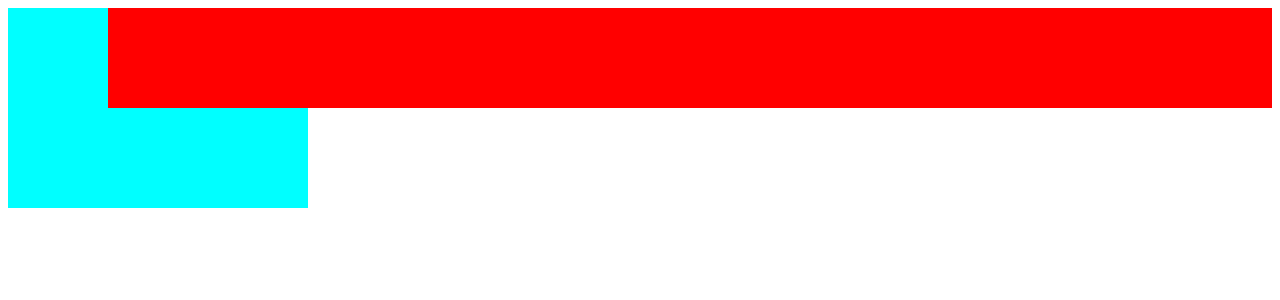
Repository: leehyeonung/myproject
Page: http://localhost/myproject/
The author's editor kept a copy of each file at every save. The page is drawn from the files as they stood at one save, then again after the next save.
The browser window is 1280 px wide. The pictures show the whole page.
The page is served by Tomcat 9.

Above is the page before, as saved 2023-03-15 13:39:30.

### myproject/src/main/webapp/index.jsp
<%@ page language="java" contentType="text/html; charset=EUC-KR"
    pageEncoding="EUC-KR"%>
<!DOCTYPE html>
<html>
<head>
<meta charset="EUC-KR">
<title>index</title>
</head>
<body>
<jsp:include page="header.jsp"></jsp:include>
<section>

</section>
<jsp:include page="footer.jsp"></jsp:include>
</body>
</html>

### myproject/src/main/webapp/header.jsp
<%@ page language="java" contentType="text/html; charset=EUC-KR"
    pageEncoding="EUC-KR"%>
<!DOCTYPE html>
<html>
<head>
<script type="text/javascript" src="/resuorces/js/ad.js"></script>
<meta charset="EUC-KR">
<title>header</title>
<link rel="stylesheet" type="text/css" href="/resources/css/header.css">
</head>
<body>

<header>
<div class="logo">

</div>
<div class="brand"></div>

<div class="search_box"></div>
</header>

<nav>

</nav>


</body>
</html>

### myproject/src/main/webapp/footer.jsp
<%@ page language="java" contentType="text/html; charset=EUC-KR"
    pageEncoding="EUC-KR"%>
<!DOCTYPE html>
<html>
<head>
<meta charset="EUC-KR">
<title>footer</title>
</head>
<body>

</body>
</html>

### myproject/src/main/webapp/resources/js/ad.js
function close_ad() {
    document.getElementById("ad").style.display='none';
}

### myproject/src/main/webapp/resources/css/header.css
header{

height: 100px;
width: 100%;
background-color: red;

}
.logo{
height: 100px;
width: 100px;
background-color: aqua;
}

.brand{
height: 100px;
width: 300px;
background-color: aqua;
}

.search_box{
}

After the next save:
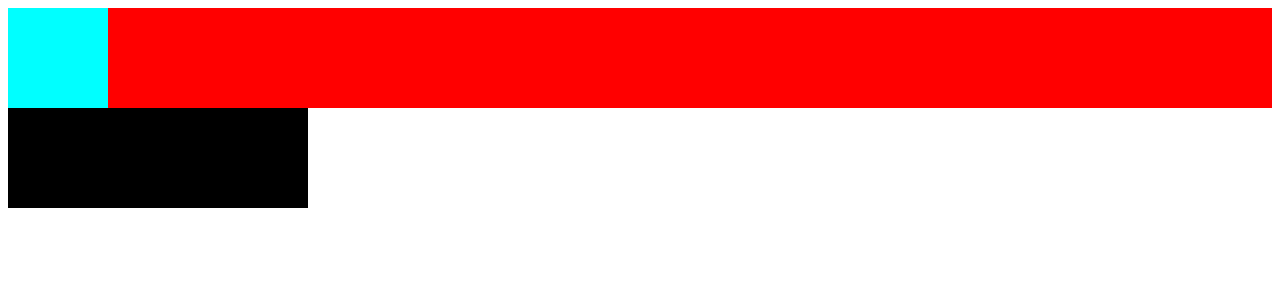
Saved 5 s later.
--- a/myproject/src/main/webapp/resources/css/header.css
+++ b/myproject/src/main/webapp/resources/css/header.css
@@ -14,7 +14,7 @@ background-color: aqua;
 .brand{
 height: 100px;
 width: 300px;
-background-color: aqua;
+background-color: black;
 }
 
 .search_box{
